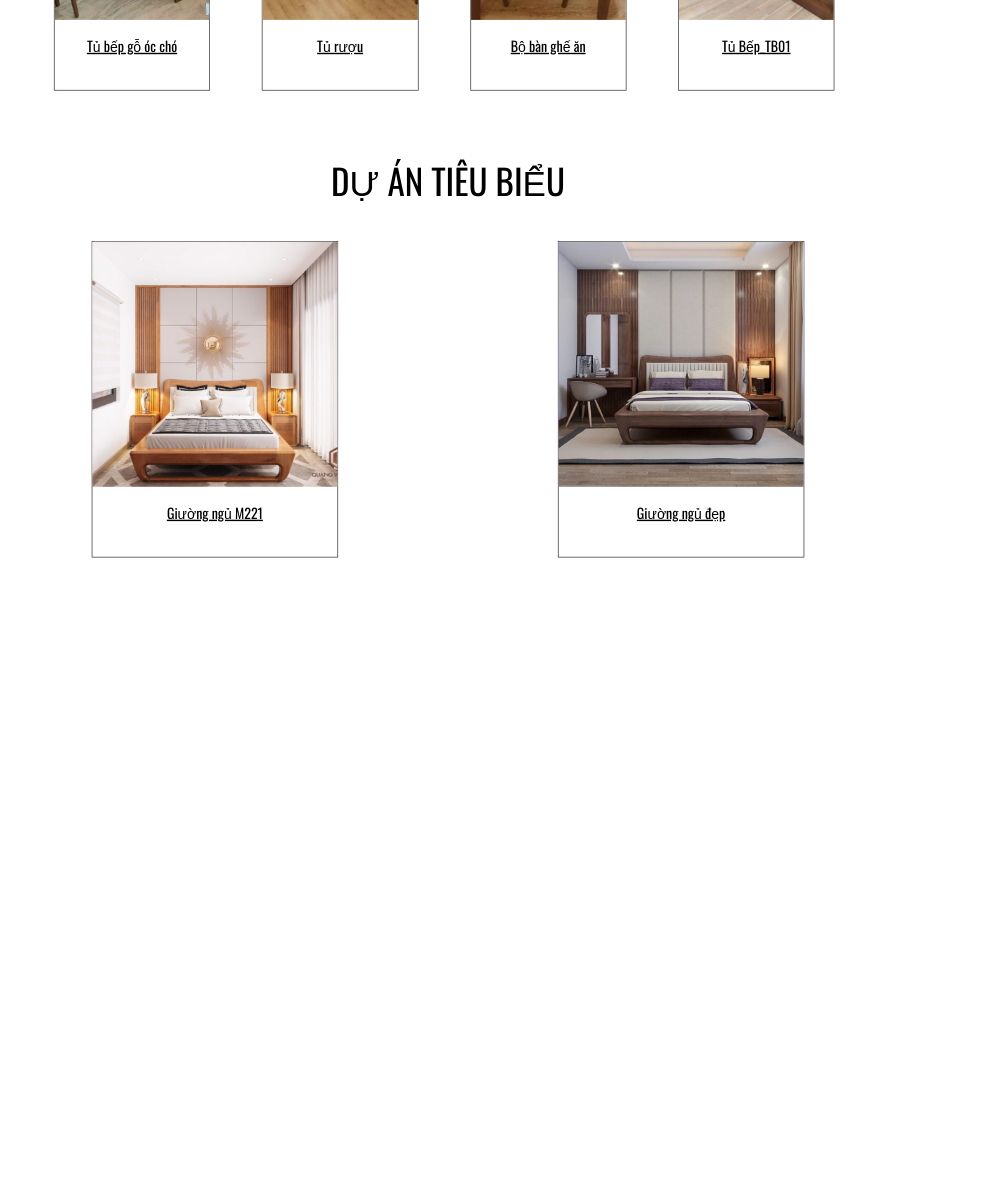
Repository: KHANHD192/FigmaTo-HTML
Page: APP-SHOP/index.html
An editor plug-in stored every save of this project. The page is shown before and after the next save, followed by the edit.
The browser window is 1280 px wide. The page is 1437 px wide, so the pictures cover 1437 px, including what lies to the right of the window. The pictures show the part of the page from y = 2199 to 3919 px (the page is 4376 px tall), at 70% of full size.

Above is the page before, as saved 2022-11-21 17:35:27.

### APP-SHOP/index.html
<!DOCTYPE html>
<html lang="en">
<head>
    <meta charset="UTF-8">
    <meta http-equiv="X-UA-Compatible" content="IE=edge">
    <meta name="viewport" content="width=device-width, initial-scale=1.0">
    <title>APP-SHOP</title>
    <link rel="stylesheet" href="https://cdnjs.cloudflare.com/ajax/libs/normalize/8.0.1/normalize.min.css" integrity="sha512-NhSC1YmyruXifcj/KFRWoC561YpHpc5Jtzgvbuzx5VozKpWvQ+4nXhPdFgmx8xqexRcpAglTj9sIBWINXa8x5w==" crossorigin="anonymous" referrerpolicy="no-referrer" />
    <link rel="stylesheet" href="./asset/Css_main/base.css">
    <link rel="stylesheet" href="./asset/Css_main/main.css">
    <link rel="preconnect" href="https://fonts.googleapis.com">
     <link rel="preconnect" href="https://fonts.gstatic.com" crossorigin>
</head>
<body>
    <div class="app">
         <header class="app__header">
                 <div class="header__nav-bar">
                    <ul class="nav-bar__item">
                        <li>
                            <a href="./index.html" class="nav-bar__item-link">Trang chủ</a>
                        </li>
                        <li>
                            <a href="#" class="nav-bar__item-link">Sản phẩm</a>
                        </li>
                        <li>
                            <a href="./ctdtc.html" class="nav-bar__item-link">Công trình đã thi công</a>
                        </li>
                        <li>
                            <a href="./tintuc.html" class="nav-bar__item-link">Tin tức</a>
                        </li>
                    </ul>
                    <ul class="nav-bar__icon">
                        <li>
                            <img src="./asset/IMG/image 3.png" alt="" class="logo">
                        </li>
                        <li>
                            <img src="./asset/IMG/image 2.png" alt="" class="logo">
                        </li>
                    </ul>
                 </div>
                 <div class="header__background">
                     <img src="./asset/IMG/image 4.png" alt="background">
                 </div>
         </header>
     <div class="app__container">
        <div class="container__collect">
            <div class="collect1">
                <h2 class="title">PHÒNG KHÁCH / SOFA GỖ</h2>
                <ul class="list__item">
                    <li>
                        <div class="wrap__image">
                            <img src="./asset/IMG/image 5.png" alt="" class="item__image">
                        </div>
                        <a href="https://noithatquangvu.vn/san-pham/sofa-go-3/" class="item__image-link">Sofa gỗ 03</a>
                    </li>
                    <li>
                          <div class="wrap__image">
                            <img src="./asset/IMG/image 5 (1).png" alt="" class="item__image">
                          </div>
                        <a href="https://noithatquangvu.vn/san-pham/sofa-go/" class="item__image-link">Sofa gỗ</a>
                    </li>
                    <li>
                         <div class="wrap__image">
                            <img src="./asset/IMG/image 6.png" alt="" class="item__image">
                         </div>
                        <a href="https://noithatquangvu.vn/san-pham/sofa-go-chu-l/" class="item__image-link">Sofa gỗ chữ L</a>
                    </li>
                    <li>
                       <div class="wrap__image">
                        <img src="./asset/IMG/image 6 (1).png" alt="" class="item__image">
                       </div>
                        <a href="https://noithatquangvu.vn/san-pham/bo-sofa-go-oc-cho-ms10/" class="item__image-link">Bộ sofa óc chó</a>
                    </li>

                </ul>
            </div>
            <div class="collect1">
                <h2 class="title">PHÒNG NGỦ</h2>
                <ul class="list__item">
                    <li>
                        <div class="wrap__image">
                            <img src="./asset/IMG/image 5 (2).png" alt="" class="item__image">
                        </div>
                        <a href="https://noithatquangvu.vn/san-pham/giuong-ngu/" class="item__image-link">Giường ngủ M221</a>
                    </li>
                    <li>
                          <div class="wrap__image">
                            <img src="./asset/IMG/image 5 (3).png" alt="" class="item__image">
                          </div>
                        <a href="https://noithatquangvu.vn/san-pham/giuong-ngu-dep/" class="item__image-link">Giường ngủ đẹp</a>
                    </li>
                    <li>
                         <div class="wrap__image">
                            <img src="./asset/IMG/image 5 (4).png" alt="" class="item__image">
                         </div>
                        <a href="https://noithatquangvu.vn/san-pham/giuong-ngu-hien-dai/" class="item__image-link">Giường ngủ hiện đại</a>
                    </li>
                    <li>
                       <div class="wrap__image">
                        <img src="./asset/IMG/image 5 (5).png" alt="" class="item__image">
                       </div>
                        <a href="https://noithatquangvu.vn/san-pham/giuong-tron-dep/" class="item__image-link">Giường tròn đẹp</a>
                    </li>

                </ul>
            </div>
            <div class="collect1">
                <h2 class="title">PHÒNG BẾP</h2>
                <ul class="list__item">
                    <li>
                        <div class="wrap__image">
                            <img src="./asset/IMG/image 5 (6).png" alt="" class="item__image">
                        </div>
                        <a href="https://noithatquangvu.vn/san-pham/tu-bep-go-oc-cho/" class="item__image-link">Tủ bếp gỗ óc chó</a>
                    </li>
                    <li>
                          <div class="wrap__image">
                            <img src="./asset/IMG/image 5 (7).png" alt="" class="item__image">
                          </div>
                        <a href="https://noithatquangvu.vn/san-pham/tu%cc%89-ruo%cc%a3u/" class="item__image-link">Tủ rượu</a>
                    </li>
                    <li>
                         <div class="wrap__image">
                            <img src="./asset/IMG/image 5 (8).png" alt="" class="item__image">
                         </div>
                        <a href="https://noithatquangvu.vn/san-pham/bo%cc%a3-ban-ghe-an/" class="item__image-link">Bộ bàn ghế ăn</a>
                    </li>
                    <li>
                       <div class="wrap__image">
                        <img src="./asset/IMG/image 5 (9).png" alt="" class="item__image">
                       </div>
                        <a href="https://noithatquangvu.vn/san-pham/tu%cc%89-bep-_-ms01/" class="item__image-link">Tủ Bếp_TB01</a>
                    </li>

                </ul>
            </div>
        </div>
        <div class="container__project">
            <div class="project__tiltle">
                <p>DỰ ÁN TIÊU BIỂU</p>
            </div>
            <ul class="list__item list__item2">
                <li id="image">
                    <div class="wrap__image wrap__image2">
                        <img src="./asset/IMG/image 5 (2).png" alt="" class="item__image item__image1">
                    </div>
                    <a href="https://noithatquangvu.vn/san-pham/giuong-ngu/" class="item__image-link">Giường ngủ M221</a>
                </li>
                <li id="image">
                      <div class="wrap__image wrap__image2">
                        <img src="./asset/IMG/image 5 (3).png" alt="" class="item__image item__image1">
                      </div>
                    <a href="https://noithatquangvu.vn/san-pham/giuong-ngu-dep/" class="item__image-link">Giường ngủ đẹp</a>
                </li>

            </ul>
        </div>
     </div>
    </div>
</body>
</html>

### APP-SHOP/asset/Css_main/base.css
@import url('https://fonts.googleapis.com/css2?family=Oswald&family=Roboto:wght@100&display=swap');
/* header */
html{
    font-size: 62.5%;
    box-sizing: border-box;
    font-family: 'Oswald', sans-serif;
}
.app{
    max-width: 1800px;
}
.app__header{

}
.header__nav-bar{
      display: flex;
      justify-content: space-between;
      height: 60px;
      background-color: #3C1700;;
}
.nav-bar__item {
    width: 603px;
    height: 30px;
    list-style: none;
    display: flex;
    font-family: 'Oswald', sans-serif;
    font-size: 20px;
    line-height: 29.64px;
    margin-top: 15px;
    margin-bottom: 15px ;
    margin-left: 63px;
}
.nav-bar__item-link{
    text-decoration: none;
    color: #FFFFFF;
    margin-right: 28px;
}
.header__nav-bar:not(:last-child){
    margin-right: 0;
}
.nav-bar__icon{
    list-style: none;
    display: flex;
    margin-top: 15px;
    margin-bottom: 15px ;
    margin-right: 15px;
}
.logo{
    width: 30px;
    height: 30px;
}
.logo:last-child{
    margin-left: 22px;
}
.header__background{
    width:100%;
    height: 420px;
}
.header__background img{
    width: 100%;
    height: 100%;
    object-fit: cover;
}
/* footer */

### APP-SHOP/asset/Css_main/main.css
.app__container{
 max-width: 1800px;
    height: 3835px;
}
.collect1 h2{
    width: 285px;
    height: 42px;
    font-family: 'Oswald', sans-serif;
    font-weight: 400;
    font-size: 30px;
    line-height: 44.46px;
    color: #000000;
    position: relative;
    margin-top: 61px;
    margin-bottom: 61px;
    margin-left: 72px;
}
.collect1 h2::after{
    content: "";
    position: absolute;
    width: 1365px;
    height: 4px;
    background-color: #D9D9D9;
    left:0;
    bottom: -10px;

}
.collect1 .list__item{
    list-style: none;
    display: flex;
    margin-left:77px;
    margin-right: 88px;
    padding-left: 0;
}
.list__item li {
   max-width: 350px;
    height: 450px;
    border:  1px solid #332F2F;
    margin-right: 74px;
}
.list__item li:last-child{
    margin-right: 0;
}
li .wrap__image{
   max-width: 350px;
    height: 350px;
}
.item__image-link{
    display: block;
    max-width:100%;
    height: 63px;
    font-size: 20px;
    font-weight: 400;
    line-height: 44.46px;
   text-align: center;
   padding-top: 1.5rem;
    color: #000000;
}
li .wrap__image img{
    width: 100%;
    height: 100%;
    object-fit: cover;
}

.project__tiltle p {
    text-align: center;
    margin-top:91px;
    font-size: 50px;
    line-height: 74.1px;
    margin-bottom: 50px;
}
.container__project .list__item2{
    list-style: none;
    display: flex;
    margin-left:131px;
    margin-right: 131px;
    padding: 0;
    justify-content: space-between;
}

After the next save:
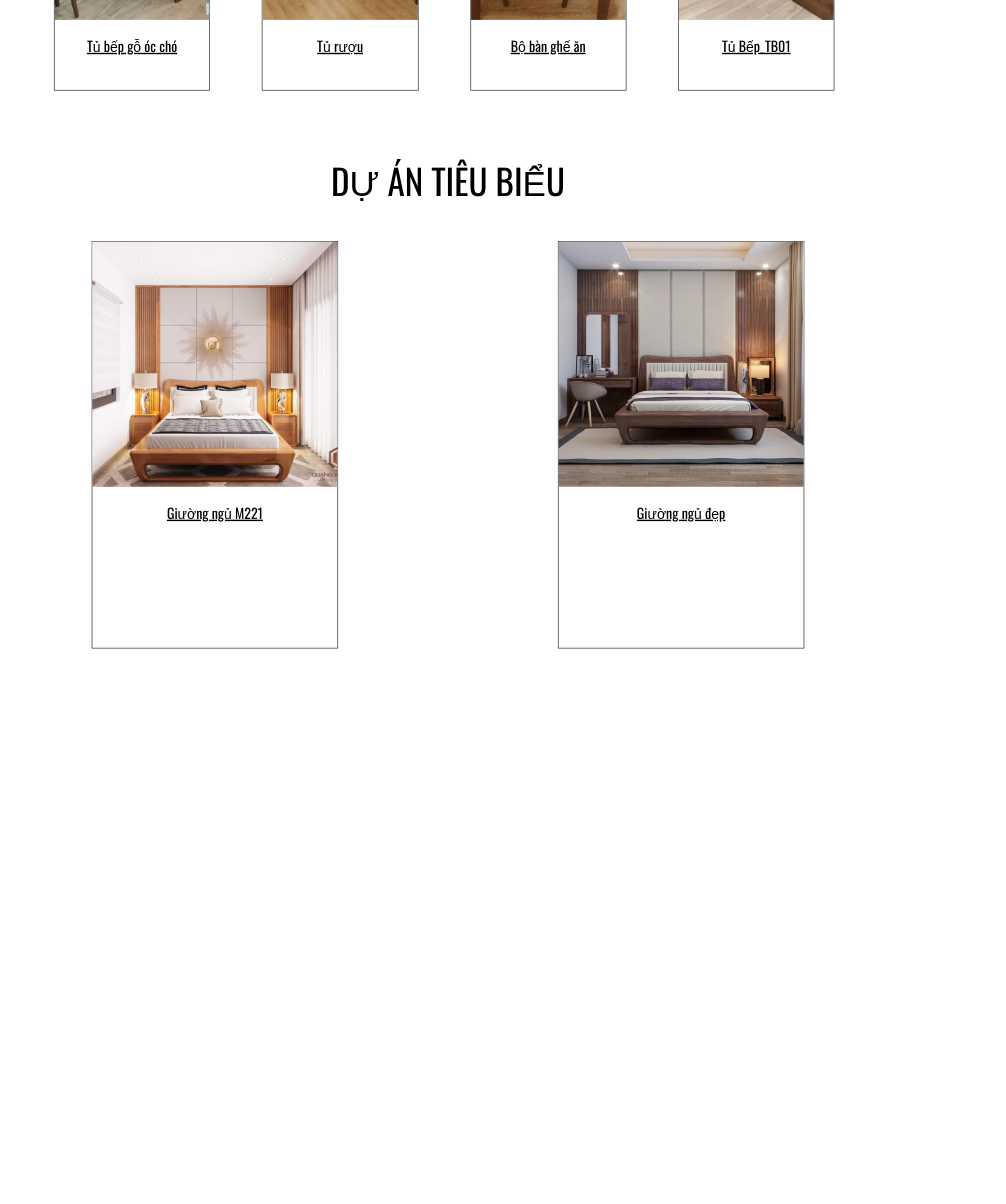
Saved 67 s later.
--- a/APP-SHOP/asset/Css_main/main.css
+++ b/APP-SHOP/asset/Css_main/main.css
@@ -77,3 +77,7 @@ li .wrap__image img{
     padding: 0;
     justify-content: space-between;
 }
+#image{
+    max-width: 700px;
+    height: 580px;
+}
